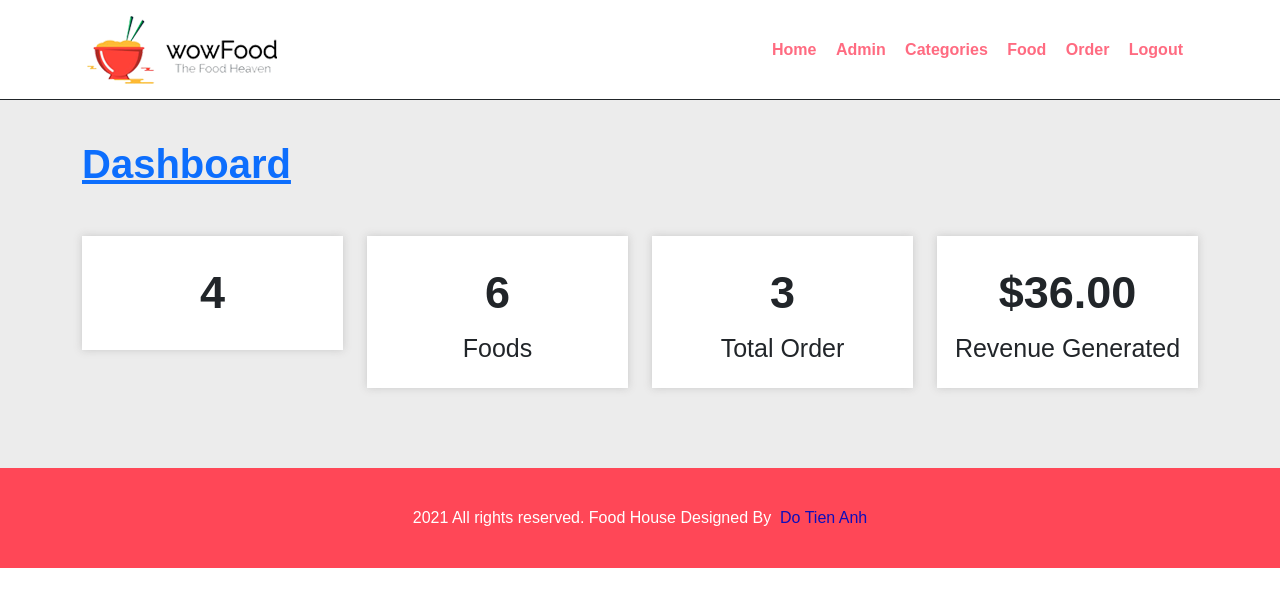
Repository: ruaruababa/RestaurantBS5
Page: http://localhost/admin/index.php
An editor plug-in stored every save of this project. The page is shown before and after the next save, followed by the edit.
The browser window is 1280 px wide. The pictures show the whole page.
The page is run by PHP 8.4 with error messages shown; the project is at /var/www/html/.

Above is the page before, as saved 2021-09-26 22:09:21.

After the next save:
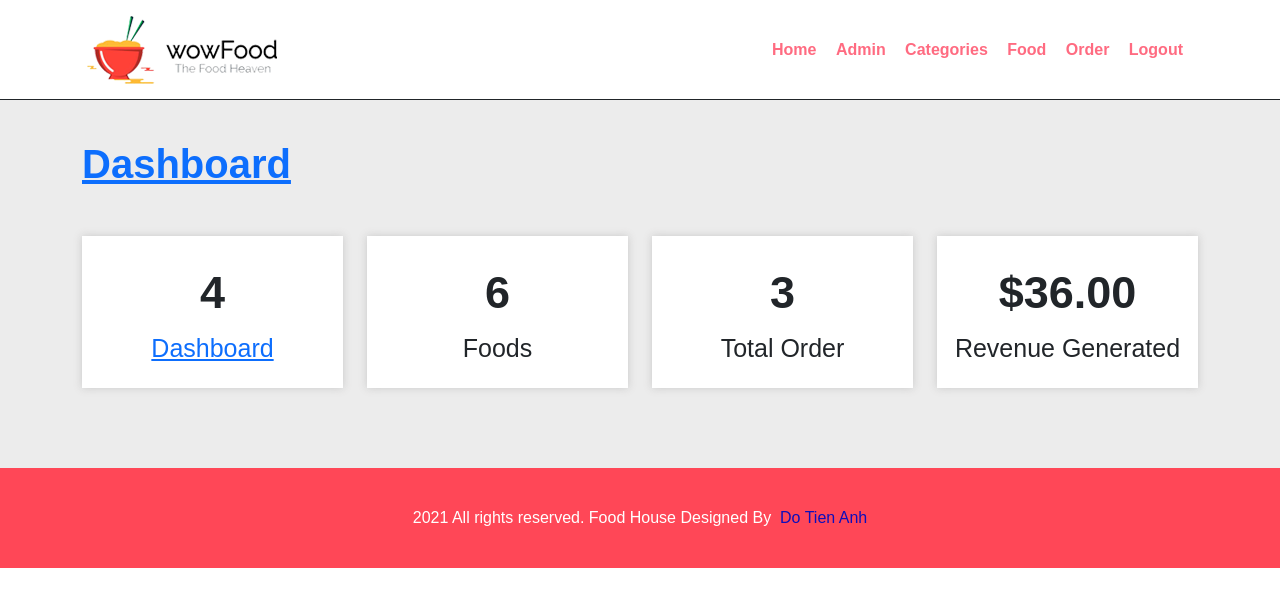
Saved 23 s later.
--- a/admin/index.php
+++ b/admin/index.php
@@ -71,7 +71,7 @@
                 <div class="col-lg-3 ">
                     <div class="main__dashboard">
                         <h4 class="main__dashboard-number">4</h4>
-                        <span class="main__dashboard-name"><a href="/restaurantbs5/admin/category.php"></a></span>
+                        <span class="main__dashboard-name"><a href="/restaurantbs5/admin/category.php">Dashboard</a></span>
                     </div>
 
                 </div>
